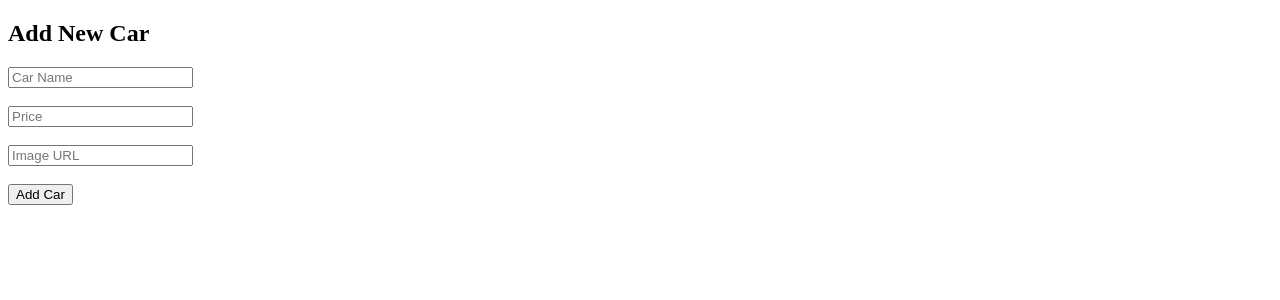
Repository: The-man-of-books/BNA2
Page: BNA2-admin/add_car.html
The author's editor kept a copy of each file at every save. The page is drawn from the files as they stood at one save, then again after the next save.
The browser window is 1280 px wide. The pictures show the whole page.

Above is the page before, as saved 2025-07-04 18:01:23.

### BNA2-admin/add_car.html
<!DOCTYPE html>

<html>

<head>
  <title>Add New Car</title>
  <link rel="stylesheet" href="admin.css">
</head>
<body>
  <h2>Add New Car</h2>
  <form id="carForm">
    <input type="text" placeholder="Car Name" id="carName" required><br><br>
    <input type="text" placeholder="Price" id="price" required><br><br>
    <input type="text" placeholder="Image URL" id="image" required><br><br>
    <button type="submit">Add Car</button>
  </form>

  <script>
    document.getElementById('carForm').addEventListener('submit', async (e) => {
      e.preventDefault();
      const car = {
        name: document.getElementById('carName').value,
        price: document.getElementById('price').value,
        image: document.getElementById('image').value
      };

      const response = await fetch('http://localhost:5000/add-car', {
        method: 'POST',
        headers: { 'Content-Type': 'application/json' },
        body: JSON.stringify(car)
      });

      const result = await response.json();
      alert(result.message);
    });
  </script>
</body>
</html>

Loaded but not shown: BNA2-admin/admin.css (no stored copy; drawn as an empty file)

After the next save:
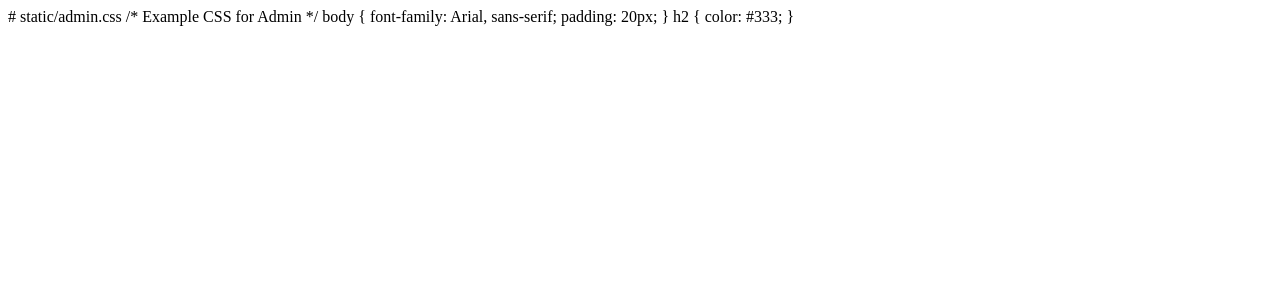
Saved 3 min 49 s later.
--- a/BNA2-admin/add_car.html
+++ b/BNA2-admin/add_car.html
@@ -1,38 +1,12 @@
-<!DOCTYPE html>
+<!-- Optional if you want a separate page for adding cars -->
 
-<html>
 
-<head>
-  <title>Add New Car</title>
-  <link rel="stylesheet" href="admin.css">
-</head>
-<body>
-  <h2>Add New Car</h2>
-  <form id="carForm">
-    <input type="text" placeholder="Car Name" id="carName" required><br><br>
-    <input type="text" placeholder="Price" id="price" required><br><br>
-    <input type="text" placeholder="Image URL" id="image" required><br><br>
-    <button type="submit">Add Car</button>
-  </form>
-
-  <script>
-    document.getElementById('carForm').addEventListener('submit', async (e) => {
-      e.preventDefault();
-      const car = {
-        name: document.getElementById('carName').value,
-        price: document.getElementById('price').value,
-        image: document.getElementById('image').value
-      };
-
-      const response = await fetch('http://localhost:5000/add-car', {
-        method: 'POST',
-        headers: { 'Content-Type': 'application/json' },
-        body: JSON.stringify(car)
-      });
-
-      const result = await response.json();
-      alert(result.message);
-    });
-  </script>
-</body>
-</html>
+# static/admin.css
+/* Example CSS for Admin */
+body {
+    font-family: Arial, sans-serif;
+    padding: 20px;
+}
+h2 {
+    color: #333;
+}
